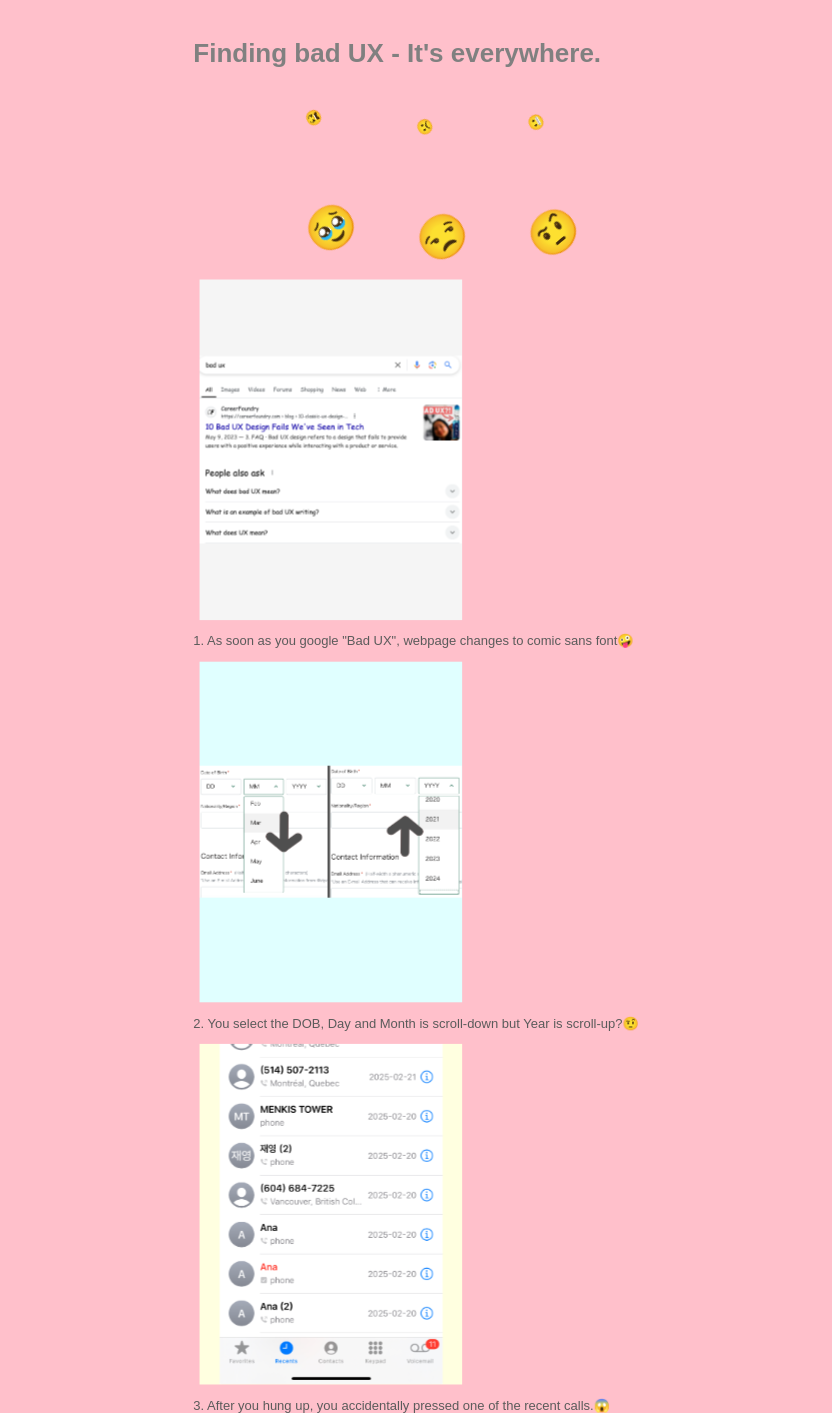
Repository: j1s00jang/MDIA-2109
Page: badUX.html
These files come from the project's save history. The page is drawn as it stood at one moment and after the next save; the edit follows.
The browser window is 1280 px wide. The pictures show the whole page, at 65% of full size.
Some web libraries are served in a nearby version.

Above is the page before, as saved 2025-03-02 13:20:10.

### badUX.html
<!DOCTYPE html>
    <html lang="en">
    <head>
        <title>Jisoo's finding bad ux</title>
        <meta charset="UTF-8">
        <link rel="stylesheet" href="css/badUXstyles.css">
    </head>
    <body>
        <main>
            <h1 class="title">Finding bad UX - It's everywhere.</h1>

        <div class="js">
            <span class="js__spinner spin">😫</span>
            <span class="js__spinner moreSpin">☹️</span>
            <span class="js__spinner mostSpin">😬</span>
        </div>

        <div class="gsap">
            <span class="gsap__spinner spin">🥹</span>
            <span class="gsap__spinner moreSpin">😒</span>
            <span class="gsap__spinner mostSpin">🤨</span>

        </div>
            <div class="first">
                <img src="css/first.png" alt="google ux" class="first_photo">
            </div>
            <p>1. As soon as you google "Bad UX", webpage changes to comic sans font🤪</p>

            <div class="second">
                <img src="css/second.png" alt="confirm button in red" class="second_photo">
            </div>
            <p>2. You select the DOB, Day and Month is scroll-down but Year is scroll-up?🤨</p>

            <div class="third">
                <img src="css/third.jpg" alt="iphone's recents calling list" class="third_photo">
            </div>
            <p>3. After you hung up, you accidentally pressed one of the recent calls.😱</p>

            <script src="https://cdn.jsdelivr.net/npm/gsap@3.12.7/dist/gsap.min.js"></script>
            <script src="script.js"></script>

        </main>
    </body>
</html>

### css/badUXstyles.css
html {
    font-family: "Futura", sans-serif;
    font-size: 1.25em;
    background-color: pink;
    padding: 1.25em;
    color: rgb(91, 91, 91);
}

body {
    display: flex;
    justify-content: center;
    height: 100vh;
}

.title {
    font-size: 2em;
    color: grey;
}


.first,
.second,
.third {
    position: relative;
    width: 30vw;
    height: 70vh;
    overflow: hidden;
}

.first {
    background-color: whitesmoke;
    padding: 10px;
    margin: 10px;
    font-size: 1.5em;
}

.first_photo {
    position: absolute;
    top: 0;
    left: 0;
    width: 100%;
    height: 100%;
    object-fit: contain;
    opacity: 1;
}

.second {
    background-color: lightcyan;
    padding: 10px;
    margin: 10px;
    color: teal;
    font-size: 1.5em;
}

.second_photo {
    position: absolute;
    top: 0;
    left: 0;
    width: 100%;
    height: 100%;
    object-fit: contain;
    opacity: 1;
}

.third {
    background-color: lightyellow;
    padding: 10px;
    margin: 10px;
    color: darkgoldenrod;
    font-size: 1.5em;
}

.third_photo {
    position: absolute;
    top: 0;
    left: 0;
    width: 100%;
    height: 100%;
    object-fit: contain;
    opacity: 1;
}

.gsap {
    position: relative;
    height: 30vh;
    font-size: 65px;
}


.js,
.gsap {
    position: relative;
    height: 20vh;
    font-size: 65px;
}


.js__spinner,
.gsap__spinner {
    position: absolute;
}




.spin { left: 25%; top: 25%; }
.moreSpin { left: 50%; top: 35%; }
.mostSpin { left: 75%; top: 30%; }



@keyframes makeItSpin {
    0% {
        transform: rotate(0);
    }
    50% {
        font-size: 100px;
    }
    100% {
        transform: rotate(360deg);
    }
}

### script.js
const $spin = document.querySelector(".js__spinner.spin");
const $moreSpin = document.querySelector(".js__spinner.moreSpin");
const $mostSpin = document.querySelector(".js__spinner.mostSpin");




const keyframes = [
    { transform: "rotate(0)" },
    {
        transform: "rotate(360deg)",
        fontSize: "0"
     }
];



const options = {
    duration: 3000,
    iterations: Infinity,

}


$spin.animate(keyframes, options);
$moreSpin.animate(keyframes, options);
$mostSpin.animate(keyframes, options);


const gsapOption = {
    rotation: 360,
    repeat: -1,
    duration: 3
}

gsap.to(".gsap__spinner", gsapOption);

After the next save:
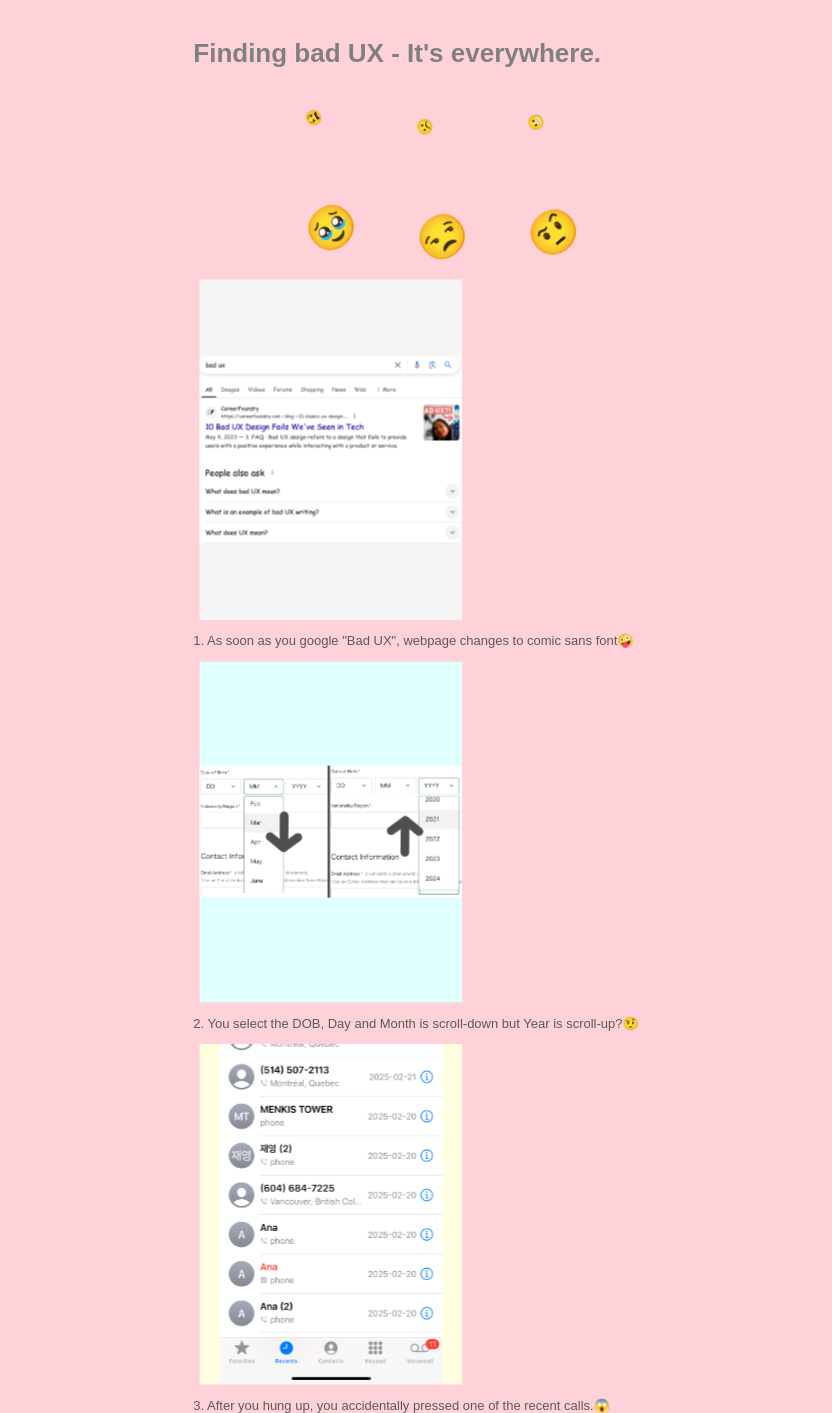
Saved 21 s later.
--- a/css/badUXstyles.css
+++ b/css/badUXstyles.css
@@ -1,7 +1,7 @@
 html {
     font-family: "Futura", sans-serif;
     font-size: 1.25em;
-    background-color: pink;
+    background-color: rgb(255, 210, 217);
     padding: 1.25em;
     color: rgb(91, 91, 91);
 }
